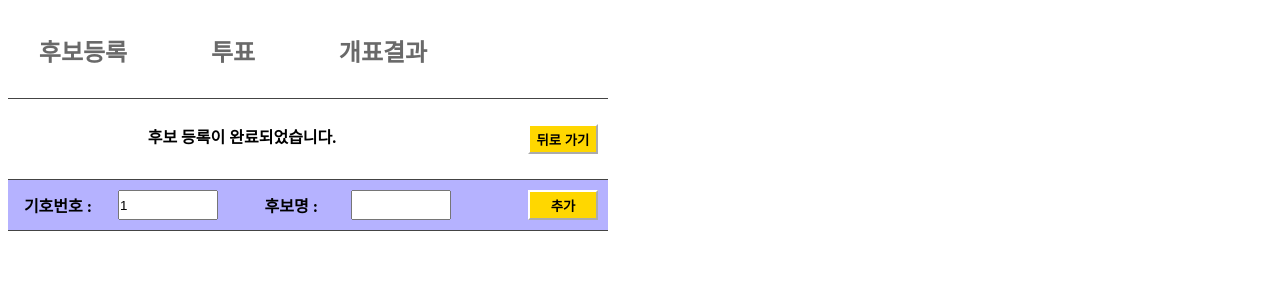
Repository: noheul1030/KOPO-HTML
Page: http://localhost/Tupyo/Tupyo/A_03_H.jsp
The author's editor kept a copy of each file at every save. The page is drawn from the files as they stood at one save, then again after the next save.
The browser window is 1280 px wide. The pictures show the whole page.
The page is served by Tomcat 9. Queries for data that is not in the repository find no rows.

Above is the page before, as saved 2023-06-03 16:54:56.

### Tupyo/src/main/webapp/Tupyo/A_03_H.jsp
<meta http-equiv="Content-Type" content="text/html; charset=utf-8" />
<%@ page contentType="text/html; charset=UTF-8" %>
<%@ page import="java.util.*" %> <!--java import-->
<%@ page import="java.io.*"%> <!--java import-->
<%@ page import="java.sql.*"%> <!--java import-->
<html>
	<head>
		<title>후보등록 A_03_H.jsp</title>
		<style>
    		table {
    			text-align: center;
   				border: 0;
   				solid black;
   				width: 600px;
   				border-collapse: collapse;
   				cellspacing="1"}s
    		th, td {
		    border-bottom: 1px solid #444444;
		    padding: 10px;
			}
			th:first-child, td:first-child {
			  border-left: none;
			}
    		a {text-decoration-line: none;  color: #696969;}
    		h2,h4 {margin-top: 15px; text-align: center;}
    		.fourth {
			  background: gold;
			  border-color: white;
			  color: black;
			  background-image: linear-gradient(45deg, yellow 50%, transparent 50%);
			  background-position: 100%;
			  background-size: 400%;
			  transition: background 300ms ease-in-out;
			}

			.fourth:hover {
			  background-position: 0;
			}
    	</style>
	</head>
	<script>
	  function btnDeleteClick(deleteID) {
        document.form1.deleteID.value = deleteID;
        document.form1.action = "A_02_H.jsp";
        document.form1.submit();
	  }
	</script>
	<body>
<%		// DB연동
		Class.forName("com.mysql.jdbc.Driver");
		//Connection conn = DriverManager.getConnection("jdbc:mysql://192.168.23.60:3307/kopo11","root","shdmf1030@");
		Connection conn = DriverManager.getConnection("jdbc:mysql://localhost:3306/noheul","root","shdmf1030@");
		Statement stmt = conn.createStatement();

		request.setCharacterEncoding("utf-8");
		// null값 체크
        int Nullcheck = request.getParameter("TupyoID") != null ? 1 : 0;

		String name = "";
		String id = "";

		if (Nullcheck == 1) {
			name = request.getParameter("name");
			id = request.getParameter("TupyoID");
			stmt.execute("insert into TupyoDB (name,id) values ('" +
				 name + "'," + id +");");
        }

		// ID칼럼의 전체 count 조회
				ResultSet total = stmt.executeQuery("select count(*) from TupyoDB where id;");
				int totalcnt = 0;
				while(total.next()){
					totalcnt = total.getInt(1);
				}

				// ID 최소값은 1
				int minID = 1;

				// ID칼럼의 count가 0일때(아직 아무 값도 안들어왔다는 뜻)
				if(totalcnt == 0){
					ResultSet idcount = stmt.executeQuery("select min(id) as minNum from TupyoDB where (id+1) not in (select id from TupyoDB);");

					while(idcount.next()){
						minID = idcount.getInt(1)+1;
					}
				}else{	// ID칼럼의 count가 0이 아닐때(값이 들어있다는 뜻)
					// ID칼럼의 전체 값 조회
					ResultSet idcount2 = stmt.executeQuery("select id from TupyoDB");

					while (idcount2.next()) {
					    int currentID = idcount2.getInt("id"); // 현재 가져온 id 값
						// ID최소값과 currentID의 값이 일치하면 순서대로 있는 ID값 이므로 통과
					    if (minID == currentID) {
					    	minID++; // 다음 기대하는 id 값으로 업데이트
					    } else { // 칼럼 순회 중간에 빠진 값을 찾았으므로 break;
					        break;
					    }
					}
				}
%>
		<form name="form1" method = 'post'>
		<input type='hidden' name='deleteID'>
		<table>
    		<tr>
    			<td width = 25%><a align = center id="update" href="A_01.jsp" target="content"><h2>후보등록</h2></a></td>
    			<td width = 25%><a align = center id="vote" href="B_01_H.jsp" target="content"><h2>투표</h2></a></td>
    			<td width = 25%><a align = center id="result" href="C_01_H.jsp" target="content"><h2>개표결과</h2></a></td>
    			<td width = 25%></td>
    		</tr>
		</table>
		<table>
			<tr>
				<td colspan="4"><h4>후보 등록이 완료되었습니다.</h4></td>
				<td align = right width = 22%>
				<input class="fourth" type="submit" value="뒤로 가기" style="width: 70px; height: 30px; padding: 0px;font-weight: bold;" formaction = 'A_01.jsp'></td>
			</tr>
		</table>

		<table>
<%
		if(totalcnt >= 1){
		ResultSet rset = stmt.executeQuery("select * from TupyoDB order by id asc;");

	     	while (rset.next()){
%>
	     		<tr>
	     			<td width =15%><strong>기호번호 :</strong></td>

	     			<td align = left width = 20% ><%=rset.getInt(2)%></td>

					<td width= 15% ><strong>후보명 :</strong></td>

	     			<td align = left width = 20% ><%=rset.getString(1)%></td>

					<td align = right width = 20%>
					  <input class="fourth" type="button" value="삭제" style="width: 70px; height: 30px; padding: 0px;font-weight: bold;" onclick="btnDeleteClick('<%=rset.getInt(2)%>')">
					</td>
				</tr>
		</form>
<%
			}
		}
%>
		<form method = 'post'>
			<tr>
				<td bgcolor=#B5B2FF width= 15% ><strong>기호번호 :</strong></td>

				<td bgcolor=#B5B2FF align = left width = 20% ><input type='text' name='TupyoID' value='<%=minID%>'readonly style="width: 100px; height: 30px; padding: 0px;"></td>

				<td bgcolor=#B5B2FF width= 15% ><strong>후보명 :</strong></td>

				<td bgcolor=#B5B2FF align = left width = 20% ><input type='text' pattern="^[가-힣]+$" name="name" value='' required title="한글만 입력하세요." style="width: 100px; height: 30px; padding: 0px;"></td>

				<td bgcolor=#B5B2FF align = right width = 20%>
  				<input class="fourth" type="submit" value="추가" align = right style="width: 70px; height: 30px; padding: 0px;font-weight: bold;" formaction = 'A_03_H.jsp'></td>
			</tr>
		</table>
		</form>
	</body>
</html>

After the next save:
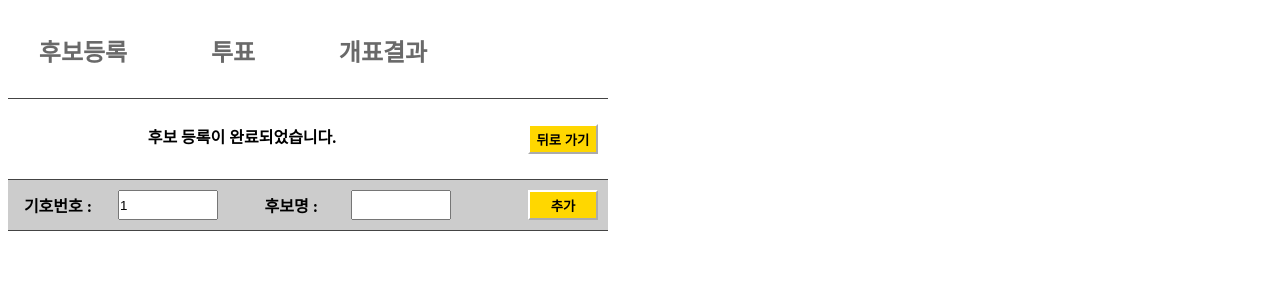
Saved 19 s later.
--- a/Tupyo/src/main/webapp/Tupyo/A_03_H.jsp
+++ b/Tupyo/src/main/webapp/Tupyo/A_03_H.jsp
@@ -143,15 +143,15 @@
 %>
 		<form method = 'post'>
 			<tr>
-				<td bgcolor=#B5B2FF width= 15% ><strong>기호번호 :</strong></td>
+				<td bgcolor=CCCCCC width= 15% ><strong>기호번호 :</strong></td>
 
-				<td bgcolor=#B5B2FF align = left width = 20% ><input type='text' name='TupyoID' value='<%=minID%>'readonly style="width: 100px; height: 30px; padding: 0px;"></td>
+				<td bgcolor=CCCCCC align = left width = 20% ><input type='text' name='TupyoID' value='<%=minID%>'readonly style="width: 100px; height: 30px; padding: 0px;"></td>
 
-				<td bgcolor=#B5B2FF width= 15% ><strong>후보명 :</strong></td>
+				<td bgcolor=CCCCCC width= 15% ><strong>후보명 :</strong></td>
 
-				<td bgcolor=#B5B2FF align = left width = 20% ><input type='text' pattern="^[가-힣]+$" name="name" value='' required title="한글만 입력하세요." style="width: 100px; height: 30px; padding: 0px;"></td>
+				<td bgcolor=CCCCCC align = left width = 20% ><input type='text' pattern="^[가-힣]+$" name="name" value='' required title="한글만 입력하세요." style="width: 100px; height: 30px; padding: 0px;"></td>
 
-				<td bgcolor=#B5B2FF align = right width = 20%>
+				<td bgcolor=CCCCCC align = right width = 20%>
   				<input class="fourth" type="submit" value="추가" align = right style="width: 70px; height: 30px; padding: 0px;font-weight: bold;" formaction = 'A_03_H.jsp'></td>
 			</tr>
 		</table>
